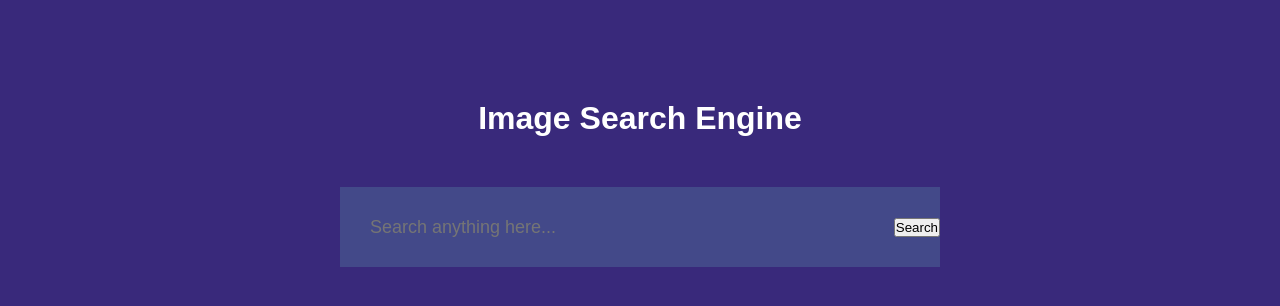
Repository: AbdullahOwais-Dev/Image-Search-App
Page: index.html
The author's editor kept a copy of each file at every save. The page is drawn from the files as they stood at one save, then again after a run of saves.
The browser window is 1280 px wide. The pictures show the whole page.

Above is the page before, as saved 2025-02-09 00:16:10.

After the next 5 saves:
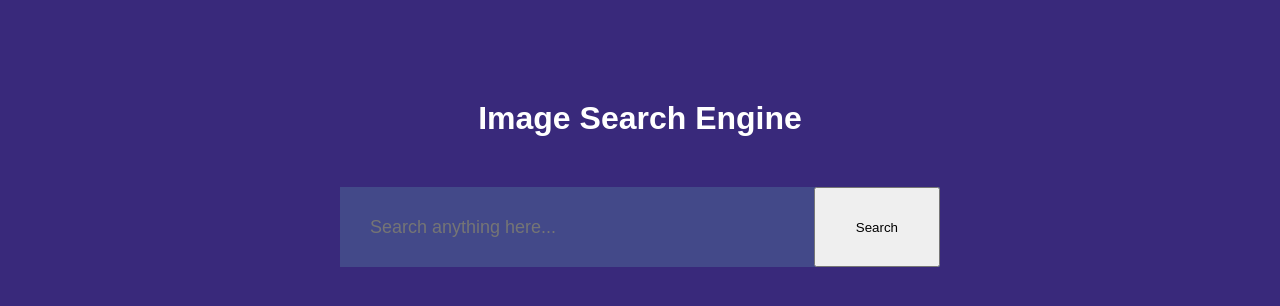
The 5 saves are shown as one change because they came seconds apart.
The last was saved 13 s later.
--- a/style.css
+++ b/style.css
@@ -33,5 +33,7 @@
     padding: 0 30px;
 }
 form button{
-    padding: 0;
+    padding: 0 40px;
+    height: 100%;
+    background: ;
 }
